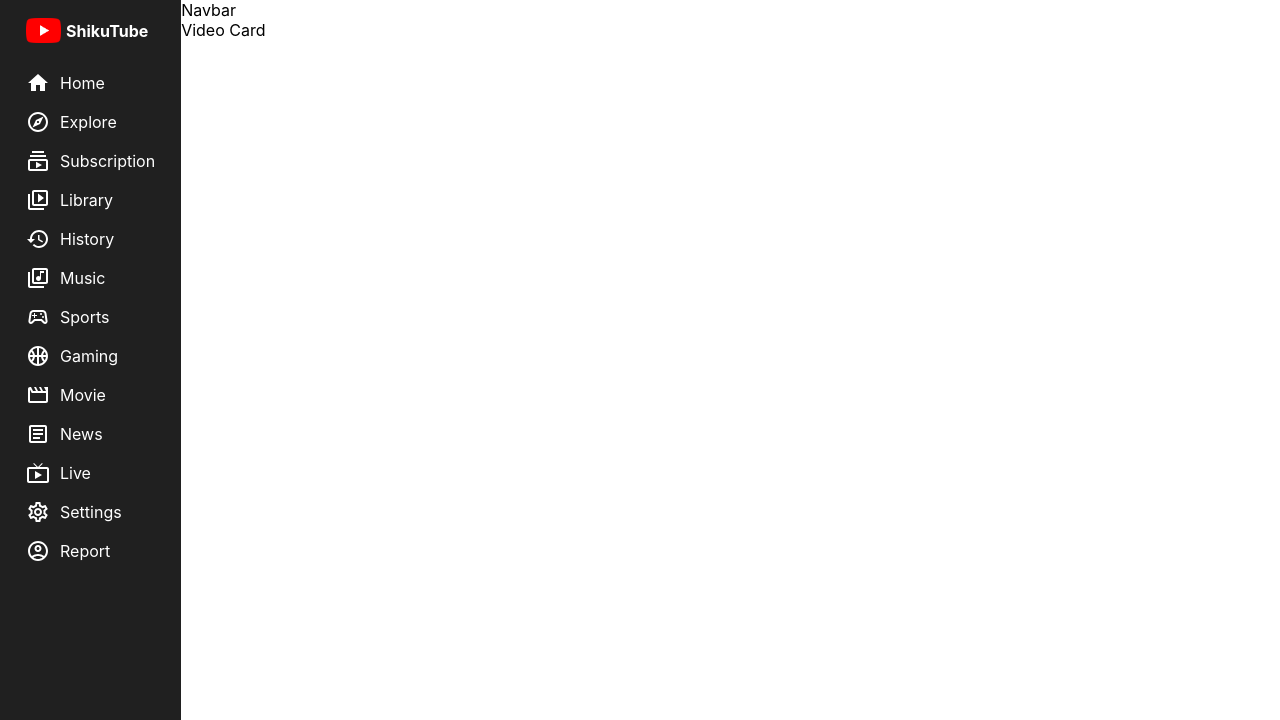
Repository: shikubro90/YouTube
Page: /
These files come from the project's save history. The page is drawn as it stood at one moment and after the next save; the edit follows.
The browser window is 1280 px wide. The pictures show the whole page.
The project was rebuilt for these pictures with package versions that can differ from the ones it lists, and the page was loaded fresh each time. Also part of the build but not shown: src/App.css.

Above is the page before, as saved 2022-07-17 21:38:11.

### src/App.js
import React from 'react';
import styled from 'styled-components';
import './App.css';
import Menu from './Components/Menu';
import Navbar from './Components/Navbar';

const Container = styled.div`
  display: flex;
`;
const Main = styled.div`
  flex: 7;
`;
const Wrapper = styled.div`

`;


function App() {
  return (
    <Container>
      <Menu/>
      <Main>
        <Navbar/>
        <Wrapper>
          Video Card
        </Wrapper>
      </Main>

    </Container>
  );
}

export default App;

### src/Components/Menu.jsx
import React from 'react';
import styled from 'styled-components';
import logo from '../img/youtubelogo.png'

import HomeIcon from '@mui/icons-material/Home';
import ExploreOutlinedIcon from '@mui/icons-material/ExploreOutlined';
import SubscriptionsOutlinedIcon from "@mui/icons-material/SubscriptionsOutlined";
import VideoLibraryOutlinedIcon from "@mui/icons-material/VideoLibraryOutlined";
import HistoryOutlinedIcon from "@mui/icons-material/HistoryOutlined";
import LibraryMusicOutlinedIcon from "@mui/icons-material/LibraryMusicOutlined";
import SportsEsportsOutlinedIcon from "@mui/icons-material/SportsEsportsOutlined";
import SportsBasketballOutlinedIcon from "@mui/icons-material/SportsBasketballOutlined";
import MovieOutlinedIcon from "@mui/icons-material/MovieOutlined";
import ArticleOutlinedIcon from "@mui/icons-material/ArticleOutlined";
import LiveTvOutlinedIcon from "@mui/icons-material/LiveTvOutlined";
import AccountCircleOutlinedIcon from "@mui/icons-material/AccountCircleOutlined";
import SettingsOutlinedIcon from "@mui/icons-material/SettingsOutlined";
import FlagOutlinedIcon from "@mui/icons-material/FlagOutlined";
import HelpOutlineOutlinedIcon from "@mui/icons-material/HelpOutlineOutlined";
import SettingsBrightnessOutlinedIcon from "@mui/icons-material/SettingsBrightnessOutlined";

const Container = styled.div`
  flex: 1;
  background: #202020;
  height: 100vh;
  color: white;
`;

const Wrapper = styled.div`
    padding: 18px 26px;
`;

const Logo = styled.div`
    display: flex;
    align-items: center;
    gap: 5px;
    cursor: pointer;
    font-weight: bold;
    margin-bottom: 20px;
`;

const Item = styled.div`
  display  : flex;
  gap: 10px;
  cursor: pointer;
  align-items: center;
  padding: 7.5px 0;
`;

const Image = styled.img`
    width: 35px;
    height: 25px;

`;


const Menu = () => {
    return (
        <Container>
            <Wrapper>
                <Logo>
                    <Image src={logo}/>
                    ShikuTube
                </Logo>
                <Item>
                    <HomeIcon/>
                    Home
                </Item>
                <Item>
                    <ExploreOutlinedIcon/>
                    Explore
                </Item>
                <Item>
                    <SubscriptionsOutlinedIcon/>
                    Subscription
                </Item>
                <Item>
                    <VideoLibraryOutlinedIcon/>
                    Library
                </Item>
                <Item>
                    <HistoryOutlinedIcon/>
                    History
                </Item>
                <Item>
                    <LibraryMusicOutlinedIcon/>
                    Music
                </Item>
                <Item>
                    <SportsEsportsOutlinedIcon/>
                    Sports
                </Item>
                <Item>
                    <SportsBasketballOutlinedIcon/>
                    Gaming
                </Item>
                <Item>
                    <MovieOutlinedIcon/>
                    Movie
                </Item>
                <Item>
                    <ArticleOutlinedIcon/>
                    News
                </Item>
                <Item>
                    <LiveTvOutlinedIcon/>
                    Live
                </Item>
                <Item>
                    <SettingsOutlinedIcon/>
                    Settings
                </Item>
                <Item>
                    <AccountCircleOutlinedIcon/>
                    Report
                </Item>
            </Wrapper>
        </Container>
    );
};

export default Menu;

### src/Components/Navbar.jsx
import React from 'react';
import styled from 'styled-components';

const Container = styled.div`

`;

const Navbar = () => {
    return (
        <Container>
            Navbar
        </Container>
    );
};

export default Navbar;

Loaded but not shown: public/index.html (common file); src/index.js (common file); src/index.css (common file); src/reportWebVitals.js (common file)

After the next save:
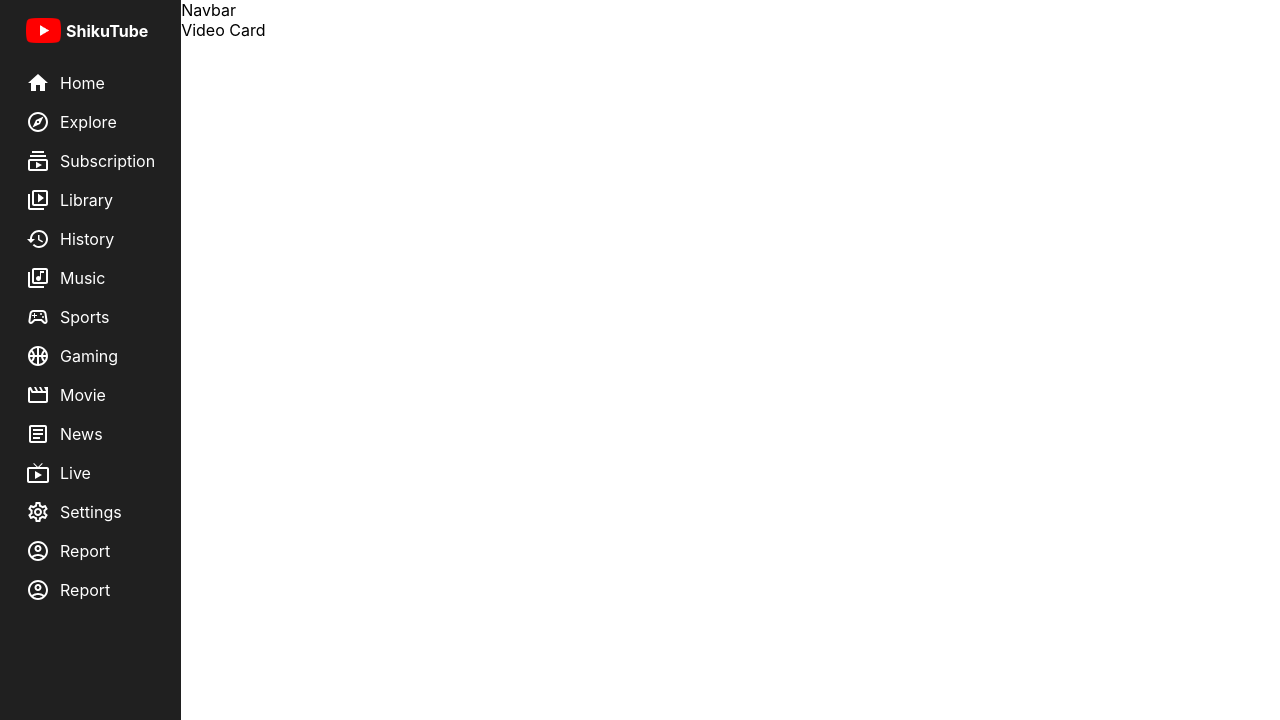
Saved 50 s later.
--- a/src/Components/Menu.jsx
+++ b/src/Components/Menu.jsx
@@ -114,6 +114,10 @@
                     <AccountCircleOutlinedIcon/>
                     Report
                 </Item>
+                <Item>
+                    <AccountCircleOutlinedIcon/>
+                    Report
+                </Item>
             </Wrapper>
         </Container>
     );
